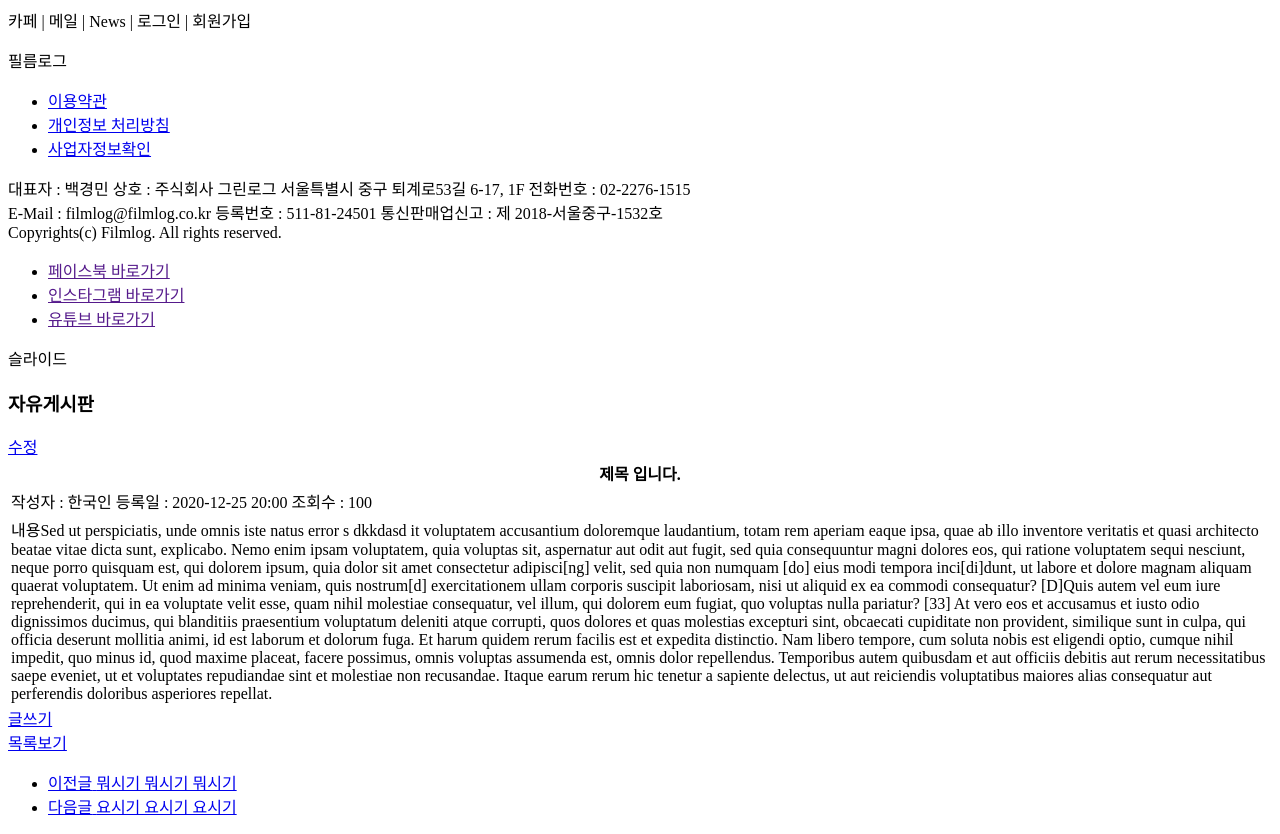
Repository: ginnykh/-
Page: http://localhost/Springkhj/WEB-INF/views/boardIndex.jsp
These files come from the project's save history. The page is drawn as it stood at one moment and after the next save; the edit follows.
The browser window is 1280 px wide. The pictures show the whole page.
The page is served by Tomcat 9. Nobody is signed in. Other server files are loaded and not shown. The template is opened directly, without the code that normally fills it, so the values that code supplies are empty.

Above is the page before, as saved 2022-01-03 10:22:56.

### KHJ/Springkhj/src/main/webapp/WEB-INF/views/boardIndex.jsp
<%@ page language="java" contentType="text/html; charset=UTF-8"
    pageEncoding="UTF-8"%>
<%@ include file="header.jsp" %>
<%@ include file="footer.jsp" %>
<!DOCTYPE html>
<html>
<head>
<meta charset="UTF-8">
<title>Insert title here</title>
</head>
<body>
        <div id="container">
            <div class="containerIn">
                <section class="slide">
                    <div class="slide-img">
                        슬라이드
                        <!-- <img src="./img/slide.PNG" alt=""> -->
                    </div>
                </section>
                <div class="contents">
                    <h3>자유게시판</h3>
                    <div class="btn_m"><a href="#">수정</a></div>
                    <table>
                        <tr>
                            <th>제목 입니다.</th>
                        </tr>
                        <tr>
                            <td class="writer">
                                <span>작성자 : 한국인 </span>
                                <span class="w_r">등록일 : 2020-12-25 20:00</span>
                                <span class="w_rr">조회수 : 100</span>
                            </td>
                        </tr>
                        <tr class="con">
                            <td>
                                내용Sed ut perspiciatis, unde omnis iste natus error s dkkdasd
                                it voluptatem accusantium doloremque laudantium, totam rem
                                aperiam eaque ipsa, quae ab illo inventore veritatis et quasi
                                architecto beatae vitae dicta sunt, explicabo. Nemo
                                enim ipsam voluptatem, quia voluptas sit, aspernatur aut
                                odit aut fugit, sed quia consequuntur magni dolores eos, qui
                                ratione voluptatem sequi nesciunt, neque porro quisquam est,
                                qui dolorem ipsum, quia dolor sit amet consectetur adipisci[ng]
                                velit, sed quia non numquam [do] eius modi tempora inci[di]dunt,
                                ut labore et dolore magnam aliquam quaerat voluptatem. Ut
                                enim ad minima veniam, quis nostrum[d] exercitationem ullam
                                corporis suscipit laboriosam, nisi ut aliquid ex ea commodi
                                consequatur? [D]Quis autem vel eum iure reprehenderit, qui
                                in ea voluptate velit esse, quam nihil molestiae consequatur,
                                vel illum, qui dolorem eum fugiat, quo voluptas nulla pariatur?
                                [33] At vero eos et accusamus et iusto odio dignissimos ducimus,
                                qui blanditiis praesentium voluptatum deleniti atque corrupti,
                                quos dolores et quas molestias excepturi sint, obcaecati
                                cupiditate non provident, similique sunt in culpa, qui officia
                                deserunt mollitia animi, id est laborum et dolorum fuga. Et harum
                                quidem rerum facilis est et expedita distinctio. Nam libero
                                tempore, cum soluta nobis est eligendi optio, cumque nihil impedit,
                                quo minus id, quod maxime placeat, facere possimus, omnis
                                voluptas assumenda est, omnis dolor repellendus. Temporibus
                                autem quibusdam et aut officiis debitis aut rerum
                                necessitatibus saepe eveniet, ut et voluptates repudiandae
                                sint et molestiae non recusandae. Itaque earum rerum hic
                                tenetur a sapiente delectus, ut aut reiciendis voluptatibus
                                maiores alias consequatur aut perferendis doloribus asperiores
                                repellat.
                            </td>
                        </tr>
                    </table>
                    <div class="btn">
                        <div class="btn_r"><a href="writeIndex.html">글쓰기</a></div>
                        <div class="btn_l"><a href="#">목록보기</a></div>
                    </div>
                    <div class="beforeAfter">
                        <ul>
                            <li>
                                <a href="#">
                                    <span class="ba_l">이전글</span>
                                    <span class="ba_r">뭐시기 뭐시기 뭐시기</span>
                                </a>
                            </li>
                            <li>
                                <a href="#">
                                    <span class="ba_l">다음글</span>
                                    <span class="ba_r">요시기 요시기 요시기</span>
                                </a>
                            </li>
                        </ul>
                    </div>
                </div>
            </div><!--containerIn-->
        </div> <!--#container-->
</body>
</html>

### KHJ/Springkhj/src/main/webapp/WEB-INF/views/header.jsp
<%@ page language="java" contentType="text/html; charset=UTF-8"
    pageEncoding="UTF-8"%>
<!DOCTYPE html>
<html>
<head>
<meta charset="UTF-8">
<title>Insert title here</title>
</head>
<body>
<div>카페 | 메일 | News | 로그인 | 회원가입</div>

### KHJ/Springkhj/src/main/webapp/WEB-INF/views/footer.jsp
<%@ page language="java" contentType="text/html; charset=UTF-8"
    pageEncoding="UTF-8"%>
<!DOCTYPE html>
<html>
<head>
<meta charset="UTF-8">
<title>Insert title here</title>
</head>
<body>
        <footer id="footer">
            <div class="footerIn">
                <p class="f_logo">필름로그</p>

                <div class="f_box">
                    <div class="f_menu">
                        <ul>
                            <li><a href="#">이용약관</a></li>
                            <li><a href="#">개인정보 처리방침</a></li>
                            <li><a href="#">사업자정보확인</a></li>
                        </ul>
                    </div>

                    <div class="f_info">
                        <span>대표자 : 백경민</span>
                        <span>상호 : 주식회사 그린로그</span>
                        <span>서울특별시 중구 퇴계로53길 6-17, 1F</span>
                        <span>전화번호 : 02-2276-1515</span>
                        <br>
                        <span>E-Mail : filmlog@filmlog.co.kr</span>
                        <span>등록번호 : 511-81-24501</span>
                        <span>통신판매업신고 : 제 2018-서울중구-1532호</span>
                    </div>

                    <div class="copyright">
                        Copyrights(c) Filmlog. All rights reserved.
                    </div>
                </div> <!--.f_box-->

                <div class="f_sns">
                    <ul>
                        <li class="fb"><a href="">페이스북 바로가기</a></li>
                        <li class="ins"><a href="">인스타그램 바로가기</a></li>
                        <li class="yt"><a href="">유튜브 바로가기</a></li>
                    </ul>
                </div>
            </div> <!--.footerIn-->
        </footer> <!--.footer-->
</body>
</html>

After the next save:
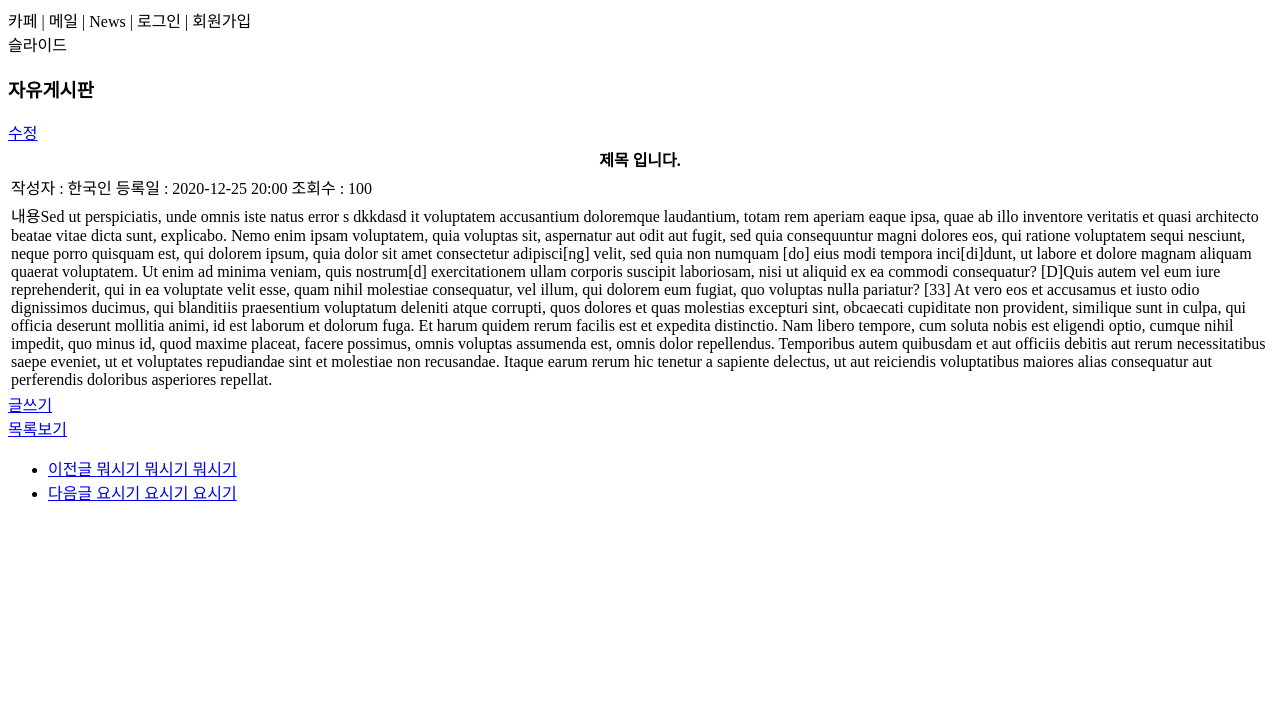
Saved 10 min 46 s later.
--- a/KHJ/Springkhj/src/main/webapp/WEB-INF/views/boardIndex.jsp
+++ b/KHJ/Springkhj/src/main/webapp/WEB-INF/views/boardIndex.jsp
@@ -1,7 +1,6 @@
 <%@ page language="java" contentType="text/html; charset=UTF-8"
     pageEncoding="UTF-8"%>
 <%@ include file="header.jsp" %>
-<%@ include file="footer.jsp" %>
 <!DOCTYPE html>
 <html>
 <head>
